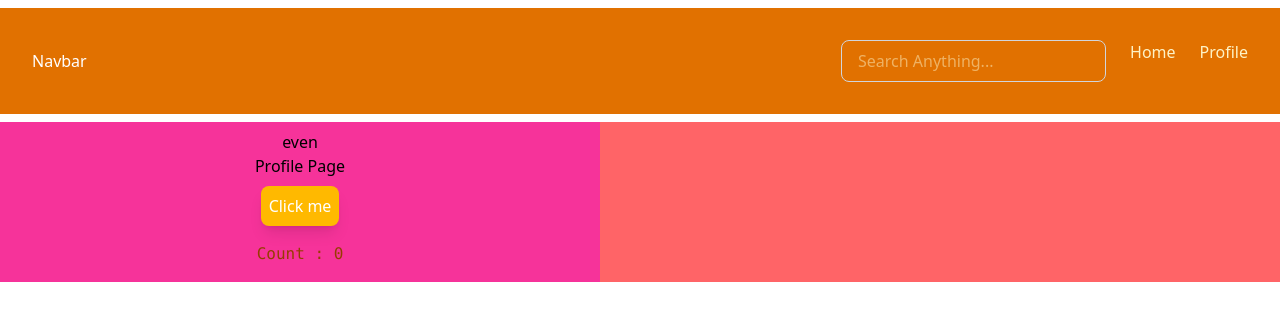
Repository: samit2059/CollegeReact
Page: / (app in react/collegereact/)
The author's editor kept a copy of each file at every save. The page is drawn from the files as they stood at one save, then again after a run of saves.
The browser window is 1280 px wide. The pictures show the whole page.
The project was rebuilt for these pictures with package versions that can differ from the ones it lists, and the page was loaded fresh each time. Also part of the build but not shown: react/collegereact/vite.config.js, react/collegereact/src/App.jsx, react/collegereact/src/navbar.jsx, react/collegereact/src/Props Example/First.jsx, react/collegereact/src/Props Example/Second.jsx.

Above is the page before, as saved 2026-01-21 11:06:39.

### react/collegereact/index.html
<!doctype html>
<html lang="en">
  <head>
    <meta charset="UTF-8" />
    <link rel="icon" type="image/svg+xml" href="/vite.svg" />
    <meta name="viewport" content="width=device-width, initial-scale=1.0" />
    <title>collegereact</title>
  </head>
  <body>
    <div id="root"></div>
    <script type="module" src="/src/main.jsx"></script>
  </body>
</html>

### react/collegereact/src/main.jsx
import { StrictMode } from "react";
import { createRoot } from "react-dom/client";
import "./index.css";
import App from "./App.jsx";
import Navbar from "./navbar.jsx";
import Nav1 from "./nav1.jsx";
import First from "./Props Example/First.jsx";
// import Profile from "./profile.jsx";
import Profile from "./StateExamples/profile.jsx";
import Second from "./Props Example/Second.jsx";
// import Home from './Home.jsx'
// import { Second } from './Home.jsx'

// let myObj = {
//   address: "ktm",
//   age: 23,
//   fullName: "rams"
// }
// let profile = {
//   username:"Samit Shrestha",
//   email:"shrestha@gmail.com",
//   age:18,
//   address:"Bhaktapur",
// };
createRoot(document.getElementById("root")).render(
  <StrictMode>
    {/* <Navbar /> */}
    <Nav1 />
    {/* <First address={"BKT"} age={33} fullName="motorcycle" /> */}
    {/* <First {...myObj} /> */}
    <Profile />
    {/* <App /> */}
    {/* <Second /> */}
    {/* <Home />   */}
  </StrictMode>
);

### react/collegereact/src/index.css
@import "tailwindcss";

/* in index.css (after tailwind layers) */
/* .tw-root .btn {
  @apply px-4 py-2 bg-blue-500 text-white rounded;
} */

### react/collegereact/src/nav1.jsx
import React from 'react';
import './navbar.css'

const Nav1 = () => {
  let handleProfile = (e) => {
    e.target.style.color = "red";
    e.target.style.backgroundColor = "black"
    console.log("profile clicked");
    console.log(e.target.style);
    /*
    let event ={
     target:{
        value:"Profile",
        style:{
            color:"red",
            backgroundColor:"black"
        }
     }
    } */
  }
  let handleChangeOnsearch = (e) => {
    console.log(e.target.value);
    // e.target.style.backgroundColor = "black"
    e.target.style.color = "red"
    let l = e.target.value;
    console.log(l.length);
    let random1 = Math.floor(Math.random() * 255);
    let random2 = Math.floor(Math.random() * 255);
    let random3 = Math.floor(Math.random() * 255);

    e.target.style.backgroundColor = `rgb(${random1}, ${random2}, ${random3})`
    console.log(random1);
    console.log(random2);
    console.log(random3);
  }
  return (
    <div className=' !p-8 !my-2 flex bg-amber-600 text-amber-100 justify-between items-center'>
      <h1 className='navelement'>Navbar</h1>
      <div className='menus flex gap-6'>
        <div className='max-w-md mx-auto '>
            <input placeholder='Search Anything...' onChange={handleChangeOnsearch} className='w-full px-4 py-2 border border-gray-300 rounded-lg focus:ring-2 focus:ring-blue-500 focus:border-transparent outline-none transition-all'/>
        </div>
        <h4 onClick={(e) => {
          console.log("home clicked");
          console.log(e.target);

        }}>Home</h4>
        <h4 onClick={handleProfile}>Profile</h4>
      </div>
    </div>
  )
}

export default Nav1

### react/collegereact/src/StateExamples/profile.jsx
import { useState } from "react"

let Profile = () =>{
    const [count, setCount] = useState(0);
    return (
        <div className="items-center justify-center bg-red-400 text-center">
        <div className="p-2 bg-pink-500 w-[600px] items-center justify-center">
            {count%2 == 0 ? <h2>even</h2> : <h2>ODD</h2>}
            <h1>Profile Page</h1>
            <button onClick={() => setCount(count+1)} className="p-2 m-2 bg-amber-400 font-medium rounded-lg shadow-lg text-white">Click me</button>
            <p className="p-2 text-amber-800 font-mono ">Count : {count}</p>
        </div>
        </div>
    )
}

export default Profile

### react/collegereact/src/navbar.css


.navelement {
    color: white;
}

.navelement:hover {
    color: aliceblue;
}

.navbar {
    /* padding: 30px 20px; */
}

After the next 2 saves:
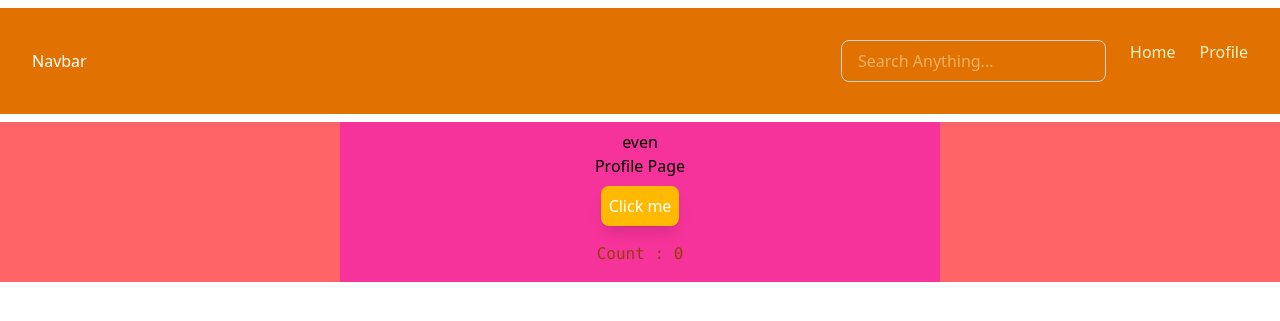
The 2 saves are shown as one change because they came seconds apart.
The last was saved 42 s later.
--- a/react/collegereact/src/StateExamples/profile.jsx
+++ b/react/collegereact/src/StateExamples/profile.jsx
@@ -3,7 +3,7 @@ import { useState } from "react"
 let Profile = () =>{
     const [count, setCount] = useState(0);
     return (
-        <div className="items-center justify-center bg-red-400 text-center">
+        <div className="items-center justify-center bg-red-400 text-center flex">
         <div className="p-2 bg-pink-500 w-[600px] items-center justify-center">
             {count%2 == 0 ? <h2>even</h2> : <h2>ODD</h2>}
             <h1>Profile Page</h1>
